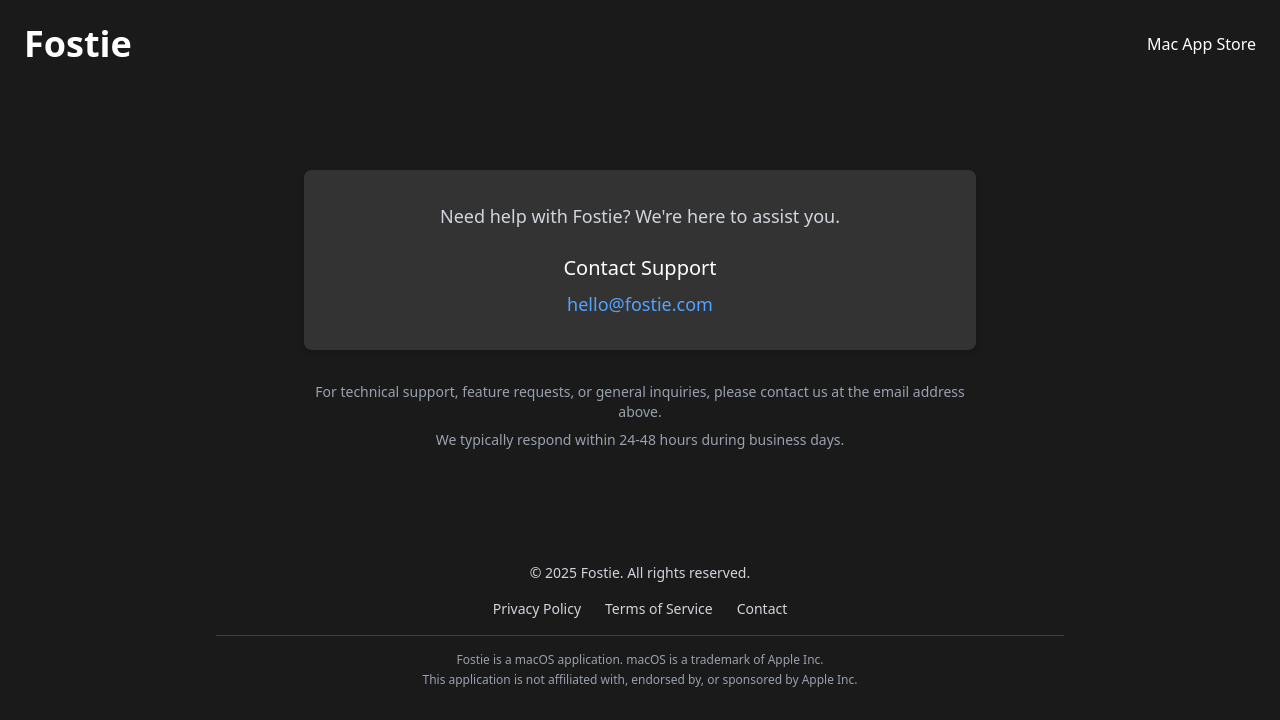
Repository: atimael/fostie-web
Page: /
These files come from the project's save history. The page is drawn as it stood at one moment and after the next save; the edit follows.
The browser window is 1280 px wide. The pictures show the whole page.
The project was rebuilt for these pictures with package versions that can differ from the ones it lists, and the page was loaded fresh each time. The framework's server and built-in components were replaced by stand-ins that run in the browser. Also part of the build but not shown: next.config.js.

Above is the page before, as saved 2025-05-26 21:57:51.

After the next save:
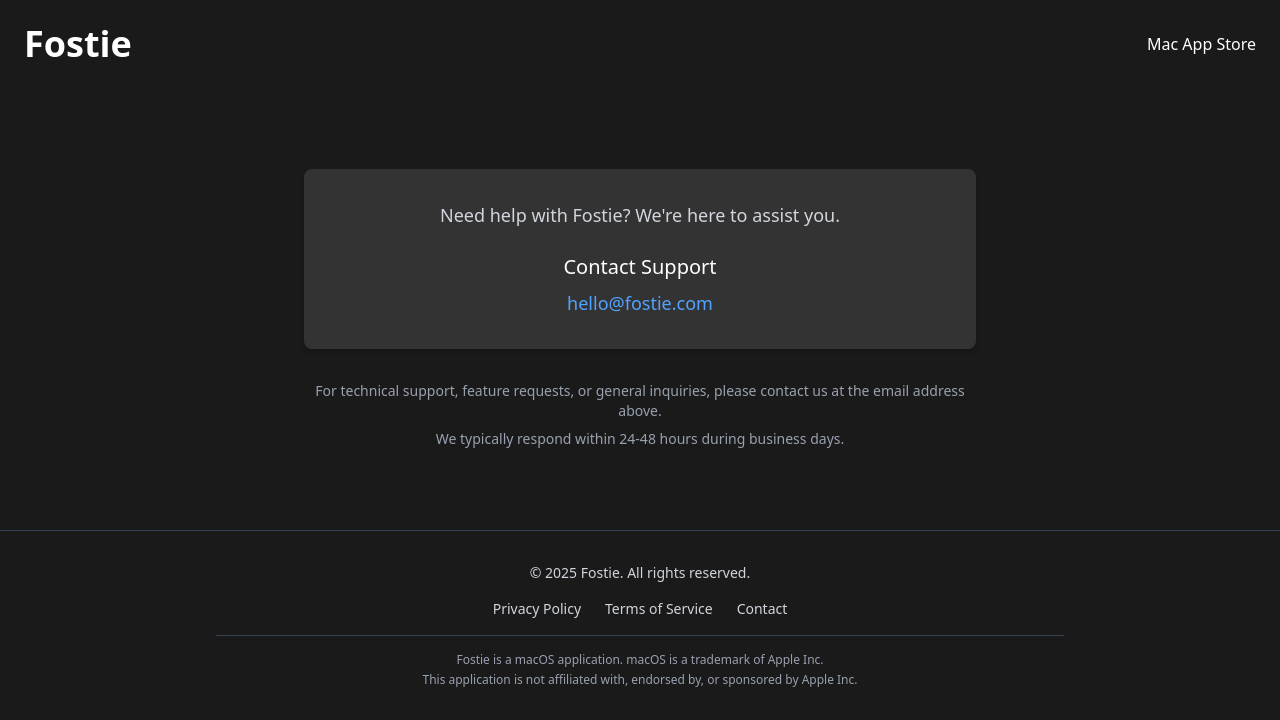
Saved 20 s later.
--- a/components/footer.tsx
+++ b/components/footer.tsx
@@ -2,7 +2,7 @@
   const currentYear = new Date().getFullYear();
 
   return (
-    <footer className=" dark:bg-custom-darkborder-t border-gray-200 dark:border-gray-700">
+    <footer className=" dark:bg-custom-dark border-t border-gray-200 dark:border-gray-700">
       <div className="max-w-4xl mx-auto px-6 py-8">
         <div className="text-center space-y-4">
           <div className="text-sm text-gray-600 dark:text-gray-300">
